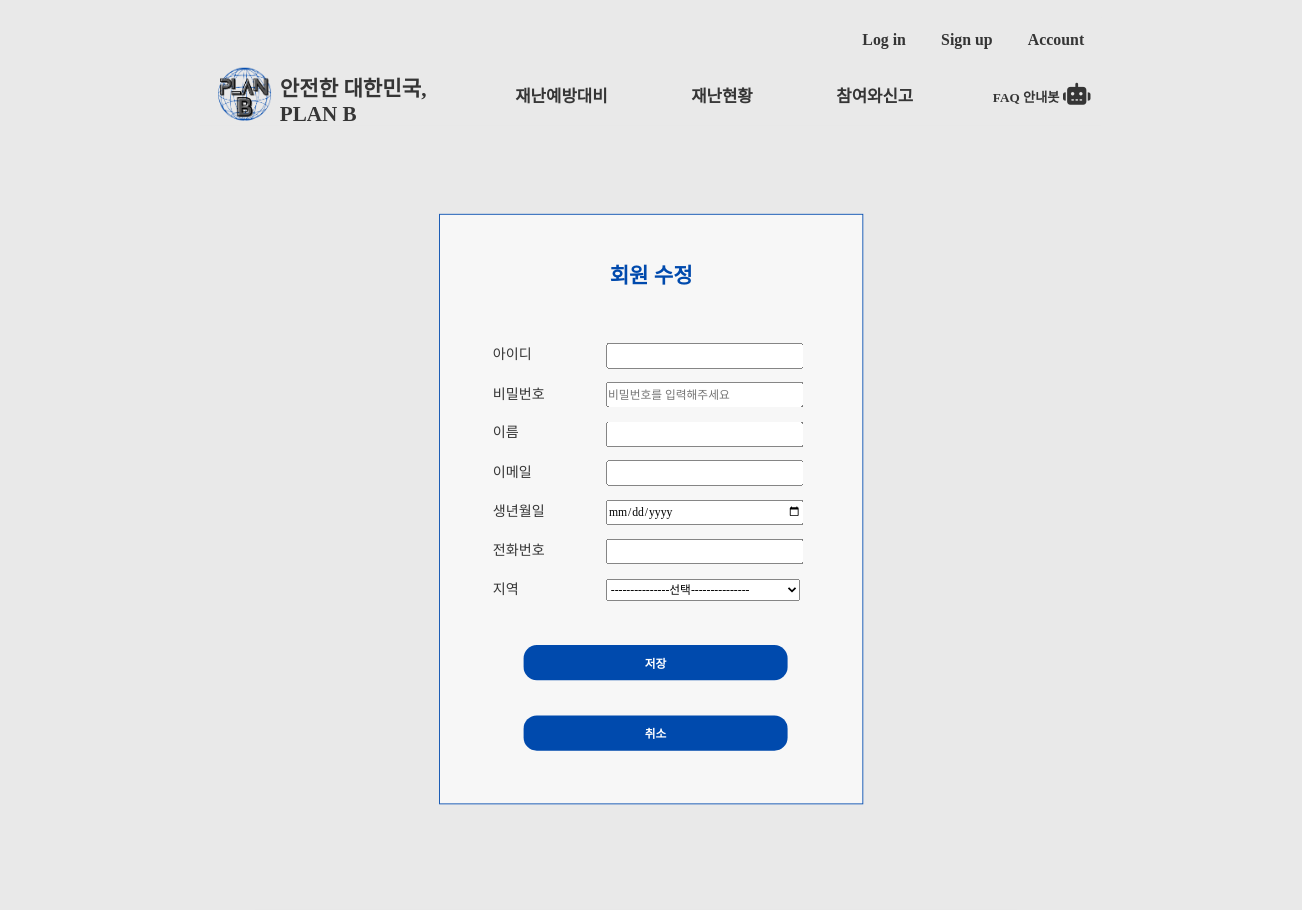
Repository: finalteam4/final
Page: http://localhost/member/update
These files come from the project's save history. The page is drawn as it stood at one moment and after the next save; the edit follows.
The browser window is 1280 px wide. The page is 1480 px wide, so the pictures cover 1480 px, including what lies to the right of the window. The pictures show the whole page, at 88% of full size.
Some web libraries are served in a nearby version. The page is this project's Thymeleaf template; nobody is signed in. The template is opened directly, without the code that normally fills it, so the values that code supplies are empty.

Above is the page before, as saved 2024-02-08 07:09:15.

After the next save:
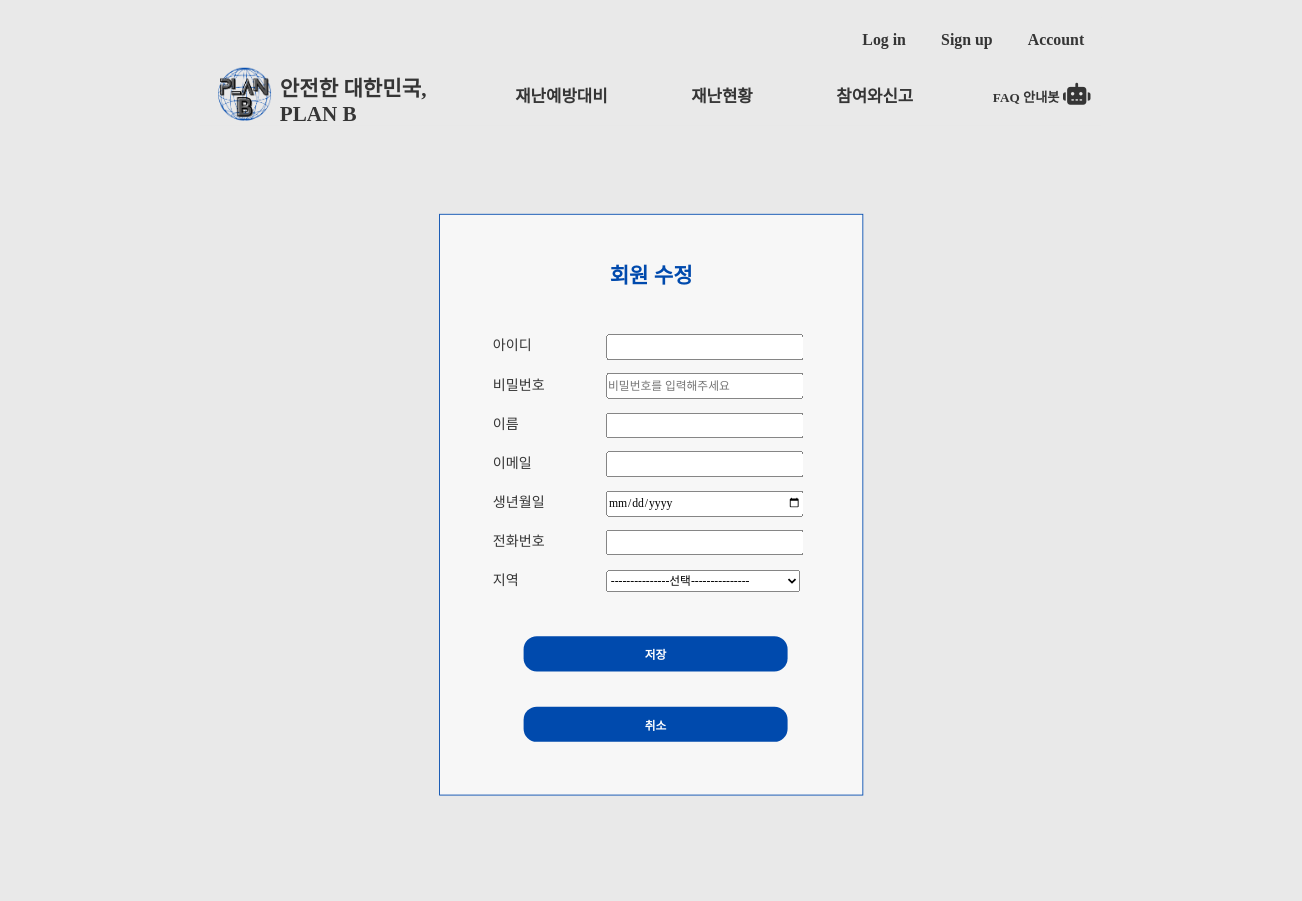
Saved 26 s later.
--- a/final/src/main/resources/static/css/style.css
+++ b/final/src/main/resources/static/css/style.css
@@ -277,7 +277,7 @@ ul li{list-style: none;}
   }
   #update h2{
     text-align: center;
-    margin: 10px 20px 50px 20px;
+    margin: 10px 20px 40px 20px;
     color: rgb(0, 74 , 173);
   }
   #update fieldset{
